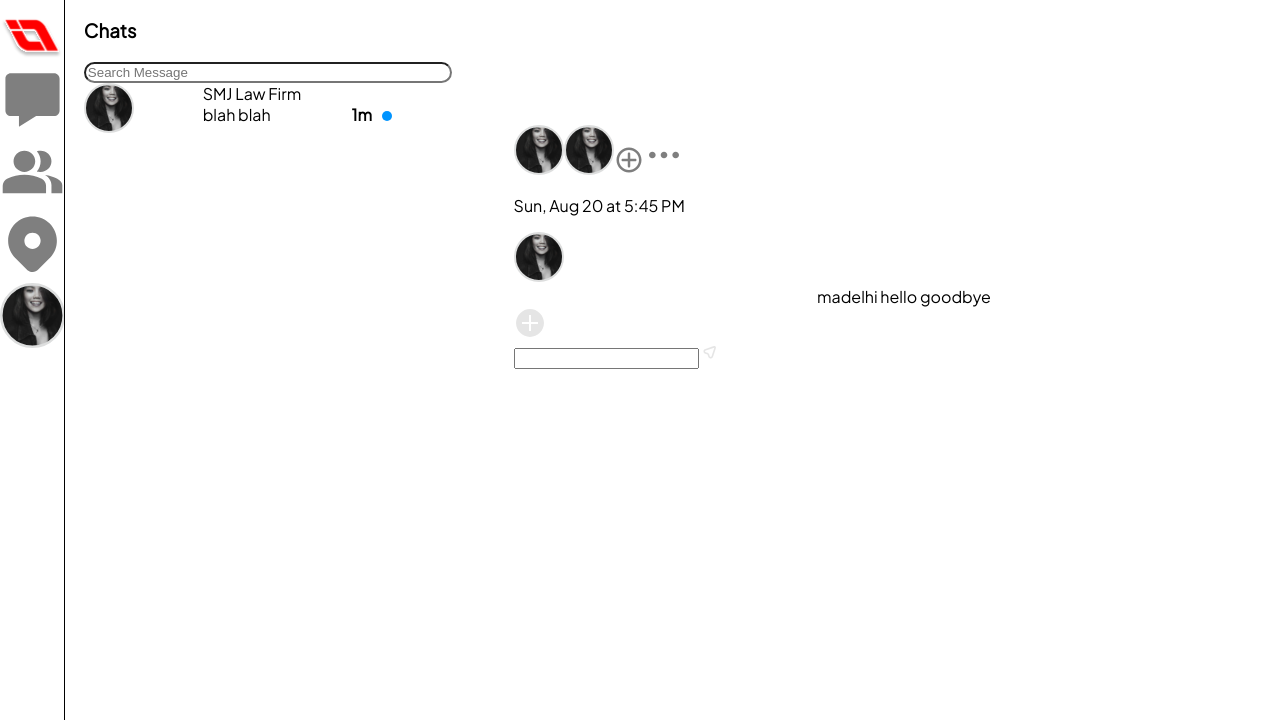
Repository: Nicktacku/LawChat
Page: /homechat (app in frontend/lawchat/)
The author's editor kept a copy of each file at every save. The page is drawn from the files as they stood at one save, then again after the next save.
The browser window is 1280 px wide. The pictures show the whole page.
The project was rebuilt for these pictures with package versions that can differ from the ones it lists, and the page was loaded fresh each time. Also part of the build but not shown: frontend/lawchat/src/styles/button.css, frontend/lawchat/src/components/Button.js, frontend/lawchat/src/pages/Home.js, frontend/lawchat/src/pages/Login.js, frontend/lawchat/src/pages/Test.js.

Above is the page before, as saved 2024-08-15 14:39:37.

After the next save:
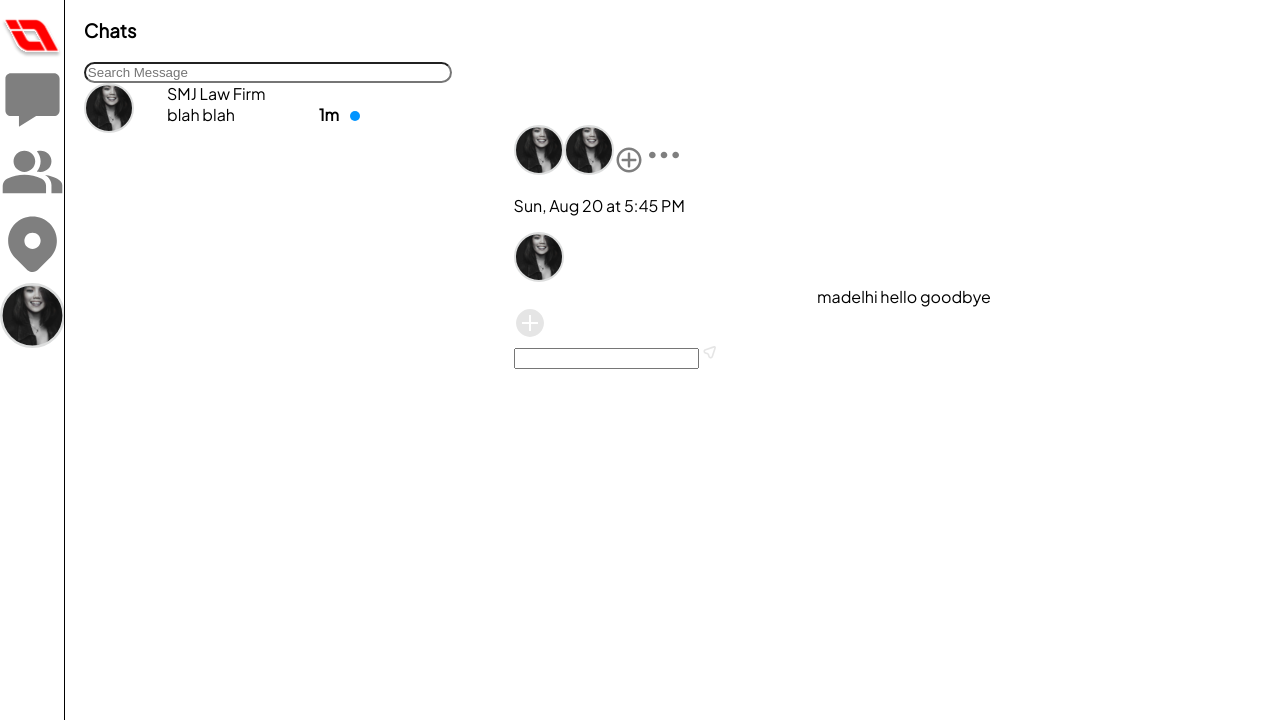
Saved 6 s later.
--- a/frontend/lawchat/src/styles/chatpreview.css
+++ b/frontend/lawchat/src/styles/chatpreview.css
@@ -3,7 +3,7 @@
 }
 
 .body{
-    margin-left: 5%;
+    margin-left: 2%;
 }
 
 .last_message_time {
